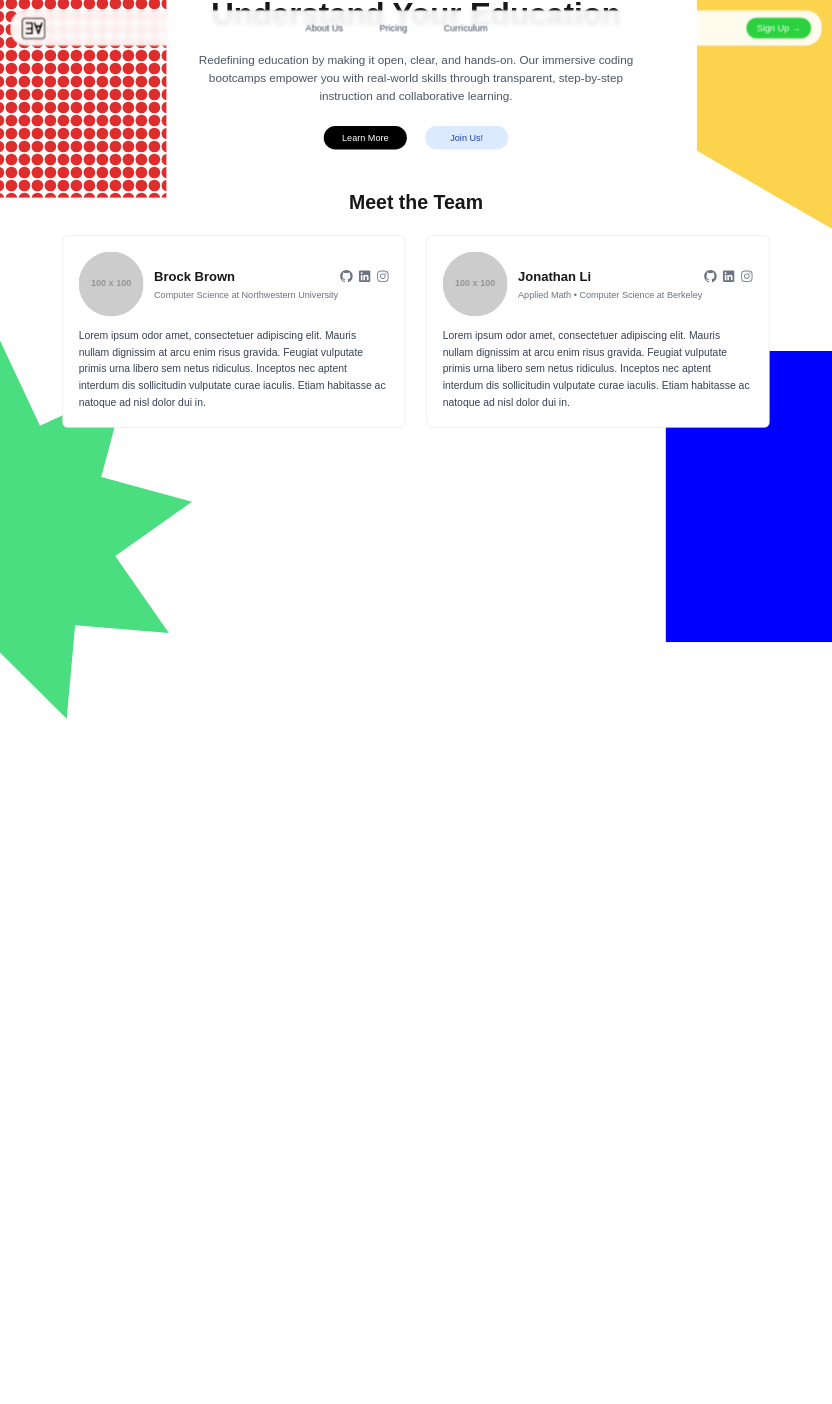
Repository: johnnyli-dev/bootcamp
Page: /
These files come from the project's save history. The page is drawn as it stood at one moment and after the next save; the edit follows.
The browser window is 1280 px wide. The pictures show the whole page, at 65% of full size.
The project was rebuilt for these pictures with package versions that can differ from the ones it lists, and the page was loaded fresh each time. The framework's server and built-in components were replaced by stand-ins that run in the browser. Also part of the build but not shown: next.config.ts.

Above is the page before, as saved 2025-02-22 16:03:59.

### app/page.tsx
import Image from "next/image";
import Navbar from "./components/Navbar";
import PCard from "./components/PCard";
import {
	GitHubLogoIcon,
	LinkedInLogoIcon,
	InstagramLogoIcon,
} from "@radix-ui/react-icons";

import {
	RedCircle,
	YellowHexagon,
	GreenStar,
	BlueSquare,
    Test,
} from "./components/Shapes";

export default function Home() {
	return (
		<div className="min-h-screen bg-white relative overflow-hidden">
			{/* Hero Section */}
			<div className="relative h-screen flex items-center justify-center">
				{/* SVG Shapes positioned relative to hero section */}
				<div className="absolute inset-0">
					<RedCircle />
					<YellowHexagon />
					<GreenStar />
					<BlueSquare />
				</div>

				<Navbar />

				{/* Centered Content */}
				<div className="max-w-6xl mx-auto px-4 sm:px-6 lg:px-8 z-10">
					<main className="flex flex-col items-center text-center gap-8">
						<h1 className="text-5xl font-bold">
							Understand Your Education
						</h1>
						<p className="text-lg text-gray-600 max-w-2xl">
							Redefining education by making it open, clear, and
							hands-on. Our immersive coding bootcamps empower you
							with real-world skills through transparent,
							step-by-step instruction and collaborative learning.
						</p>
						<div className="flex gap-7 whitespace-nowrap">
							<a
								href="#learn-more"
								className="bg-black text-white px-6 py-2 rounded-full hover:bg-gray-800 transition-colors w-32 text-center text-sm"
							>
								Learn More
							</a>
							<a
								href="#join"
								className="bg-blue-100 text-blue-800 px-6 py-2 rounded-full hover:bg-blue-200 transition-colors w-32 text-center text-sm"
							>
								Join Us!
							</a>
						</div>
					</main>

					{/* About Us (Meet the Team) Section */}
					<section className="py-16 flex flex-col items-center">
						<h2 className="text-3xl font-bold mb-8">
							Meet the Team
						</h2>

						<div className="flex flex-col md:flex-row gap-8 justify-center">
							<PCard
								name="Brock Brown"
								subtitle="Computer Science at Northwestern University"
								description="Lorem ipsum odor amet, consectetuer adipiscing elit. Mauris nullam dignissim at arcu enim risus gravida. Feugiat vulputate primis urna libero sem netus ridiculus. Inceptos nec aptent interdum dis sollicitudin vulputate curae iaculis. Etiam habitasse ac natoque ad nisl dolor dui in."
								profileImage="https://placehold.co/100.png"
                                socialLinks={[
                                    {
                                        icon: <GitHubLogoIcon width={20} height={20} />,
                                        url: "https://github.com/bbrockbrown",
                                    },
                                    {
                                        icon: <LinkedInLogoIcon width={20} height={20} />,
                                        url: "https://www.linkedin.com/in/brock-brown-058216221/",
                                    },
                                    {
                                        icon: <InstagramLogoIcon width={20} height={20} />,
                                        url: "https://www.instagram.com/bbrockbrown/",
                                    },
                                ]}
							/>

							<PCard
								name="Jonathan Li"
								subtitle="Applied Math • Computer Science at Berkeley"
								description="Lorem ipsum odor amet, consectetuer adipiscing elit. Mauris nullam dignissim at arcu enim risus gravida. Feugiat vulputate primis urna libero sem netus ridiculus. Inceptos nec aptent interdum dis sollicitudin vulputate curae iaculis. Etiam habitasse ac natoque ad nisl dolor dui in."
								profileImage="https://placehold.co/100.png"
                                socialLinks={[
                                    {
                                        icon: <GitHubLogoIcon width={20} height={20} />,
                                        url: "https://github.com/johnnyli-dev",
                                    },
                                    {
                                        icon: <LinkedInLogoIcon width={20} height={20} />,
                                        url: "https://www.linkedin.com/in/johnny-li-390841220/",
                                    },
                                    {
                                        icon: <InstagramLogoIcon width={20} height={20} />,
                                        url: "https://www.instagram.com/johnny.lii/",
                                    },
                                ]}
							/>
						</div>
					</section>
				</div>
			</div>

			{/* Additional content sections */}
			<div className="h-screen" />
			<div className="h-screen" />
		</div>
	);
}

### app/globals.css
@tailwind base;
@tailwind components;
@tailwind utilities;

:root {
	--background: #ffffff;
	--foreground: #171717;
}

@media (prefers-color-scheme: dark) {
	:root {
		--background: #ffffff;
		--foreground: #171717;
	}
}

body {
	color: var(--foreground);
	background: var(--background);
	font-family: "Poppins", sans-serif;
	overflow-x: hidden;
}

.geometric-shape {
	position: absolute;
	width: 300px;
	height: 300px;
	border-radius: 50%;
}

.our-circle {
    background: url('../public/circle.svg');
}

### app/components/Navbar.tsx
import Link from "next/link";
import Image from "next/image";

export default function Navbar() {
	return (
		<div className="fixed top-4 left-4 right-4 z-50">
			<nav className="bg-white/90 backdrop-blur-sm rounded-3xl p-1 shadow-sm">
				<div className="max-w-7xl mx-auto">
					<div className="flex items-center justify-between">
						<div className="flex-shrink-0 px-2">
							<Link href="/" className="flex items-center gap-2">
								<Image
									src="/logo.png"
									alt="CodeCamp Logo"
									width={48}
									height={48}
									className="object-contain"
								/>
							</Link>
						</div>

						{/* Center navigation items */}
						<div className="flex-1 flex justify-center">
							<div className="hidden sm:flex space-x-8 items-center">
								<Link
									href="/about-us"
									className="text-gray-700 hover:text-gray-900 px-3 py-2 text-sm"
								>
									About Us
								</Link>
								<Link
									href="/pricing"
									className="text-gray-700 hover:text-gray-900 px-3 py-2 text-sm"
								>
									Pricing
								</Link>
								<Link
									href="/curriculum"
									className="text-gray-700 hover:text-gray-900 px-3 py-2 text-sm"
								>
									Curriculum
								</Link>
							</div>
						</div>

						{/* Sign Up button */}
						<div className="flex-shrink-0 px-3">
							<Link
								href="/sign-up"
								className="bg-[#2cd13f] text-white px-4 py-2 rounded-full text-sm hover:bg-[#8BBBCF] transition-colors"
							>
								Sign Up →
							</Link>
						</div>
					</div>
				</div>
			</nav>
		</div>
	);
}

### app/components/PCard.tsx
"use client";
import Image from "next/image";
import { JSX } from "react";

interface SocialLink {
	icon: JSX.Element;
	url: string;
}

interface PCardProps {
	name: string;
	subtitle: string;
	description: string;
	profileImage: string;
	socialLinks: SocialLink[];
}

export default function PCard({
	name,
	subtitle,
	description,
	profileImage,
	socialLinks,
}: PCardProps) {
	return (
		<div className="border border-gray-200 rounded-lg p-6 w-full max-w-xl bg-white">
			{/* Top row: Profile image + Name & Socials */}
			<div className="flex items-center">
				<Image
					src={profileImage}
					alt={name}
					width={100}
					height={100}
					className="rounded-full object-cover mr-4"
				/>
				<div className="flex-1">
					<div className="flex items-center justify-between">
						<h3 className="text-xl font-bold">{name}</h3>
						<div className="flex space-x-2">
							{socialLinks.map((link, index) => (
								<a
									key={index}
									href={link.url}
									target="_blank"
									rel="noopener noreferrer"
									className="text-gray-500 hover:text-gray-700"
								>
									{link.icon}
								</a>
							))}
						</div>
					</div>
					<p className="text-gray-500 text-sm mt-1">{subtitle}</p>
				</div>
			</div>
			{/* Description */}
			<p className="mt-4 text-gray-700 leading-relaxed">{description}</p>
		</div>
	);
}

### app/components/Shapes.tsx
"use client";
import { useScrollRotation } from "../hooks/useScrollRotation";

export function RedCircle() {
	const rotation = useScrollRotation();
	return (
		<div
			className="our-circle absolute top-[-20%] left-[-15%] -translate-x-1/2 -translate-y-1/2 w-[35vw] h-[35vw]"
			style={{
                transform: `rotate(${rotation}deg)`,
                WebkitTransform: `rotate(${rotation}deg)`,
                MozTransform: `rotate(${rotation}deg)`,
            }}
		>å
		</div>
	);
}

export function Test() {
    const rotation = useScrollRotation();
    return (
        <div className="gear" style={{
            transform: `rotate(${rotation}deg)`,
            WebkitTransform: `rotate(${rotation}deg)`,
            MozTransform: `rotate(${rotation}deg)`,
        }}
        >

        </div>
    );
}

export function YellowHexagon() {
    const rotation = useScrollRotation();
    return (
        <div
            className="our-hexagon absolute top-[-20%] right-[-20%] translate-x-1/2 -translate-y-1/2 w-[40vw] h-[40vw]"
            style={{
                transform: `rotate(${-rotation}deg)`,
                WebkitTransform: `rotate(${-rotation}deg)`,
                MozTransform: `rotate(${-rotation}deg)`,
            }}
        >
            <svg viewBox="0 0 256 256" className="w-full h-full">
                <polygon
                    points="128,8 231.92,68 231.92,188 128,248 24.08,188 24.08,68"
                    fill="#FCD34D"
                />
            </svg>
        </div>
    );
}

export function GreenStar() {
	const rotation = useScrollRotation();
	return (
		<svg
			className="our-star absolute top-[70%] left-[-25%] -translate-x-1/2 -translate-y-1/2 w-[50vw] h-[50vw] transition-transform duration-100"
			viewBox="0 0 256 256"
			style={{ transform: `rotate(${rotation * 0.5}deg)` }}
		>
			<polygon
				points="
          128,8
          152.62,60.34
          205.13,36.08
          190.35,92
          246.18,107.16
          198.91,140.52
          231.92,188
          174.25,183.16
          169.04,240.76
          128,200
          86.96,240.76
          81.75,183.16
          24.08,188
          57.09,140.52
          9.82,107.16
          65.65,92
          50.87,36.08
          103.38,60.34
        "
				fill="#4ADE80"
			/>
		</svg>
	);
}

export function BlueSquare() {
	const rotation = useScrollRotation();
	return (
		<svg
			className="our-square absolute top-[75%] left-[80%] -translate-x-1/2 -translate-y-1/2 w-[35vw] transition-transform h-[35vw] duration-100"
			viewBox="0 0 256 256"
			style={{ transform: `rotate(${rotation * 1.5}deg)` }}
		>
			<rect x="0" y="0" width="256" height="256" fill="blue" />
		</svg>
	);
}

### app/hooks/useScrollRotation.ts
import { useState, useEffect, useRef } from "react";

export function useScrollRotation() {
	const [rotation, setRotation] = useState(0);
    const scrollLocRef = useRef(0);

	useEffect(() => {
		const handleScroll = () => {
			const newLoc = window.scrollY;
            const diff = scrollLocRef.current - newLoc;
            setRotation((prevRotation) => prevRotation + diff);
            scrollLocRef.current = newLoc;
		};

		window.addEventListener("scroll", handleScroll);
		return () => window.removeEventListener("scroll", handleScroll);
	}, []);

	return rotation;
}

Loaded but not shown: app/layout.tsx (common file); tailwind.config.ts (common file)

After the next save:
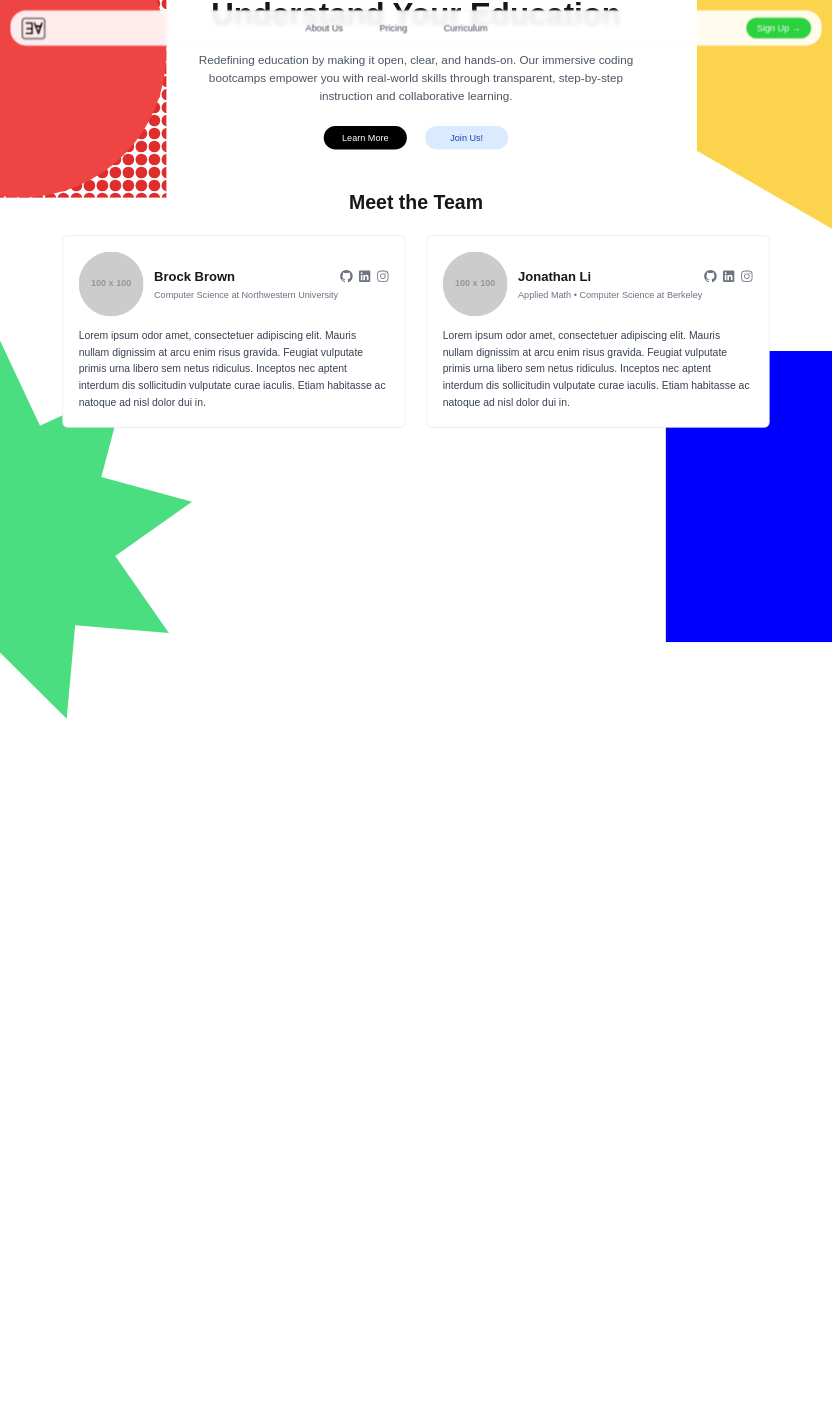
Saved 82 s later.
--- a/app/components/Shapes.tsx
+++ b/app/components/Shapes.tsx
@@ -4,15 +4,17 @@ import { useScrollRotation } from "../hooks/useScrollRotation";
 export function RedCircle() {
 	const rotation = useScrollRotation();
 	return (
-		<div
+		<svg
 			className="our-circle absolute top-[-20%] left-[-15%] -translate-x-1/2 -translate-y-1/2 w-[35vw] h-[35vw]"
+			viewBox="0 0 256 256"
 			style={{
                 transform: `rotate(${rotation}deg)`,
                 WebkitTransform: `rotate(${rotation}deg)`,
                 MozTransform: `rotate(${rotation}deg)`,
             }}
-		>å
-		</div>
+		>
+			<circle cx="128" cy="128" r="128" fill="#EF4444" />
+		</svg>
 	);
 }
 
